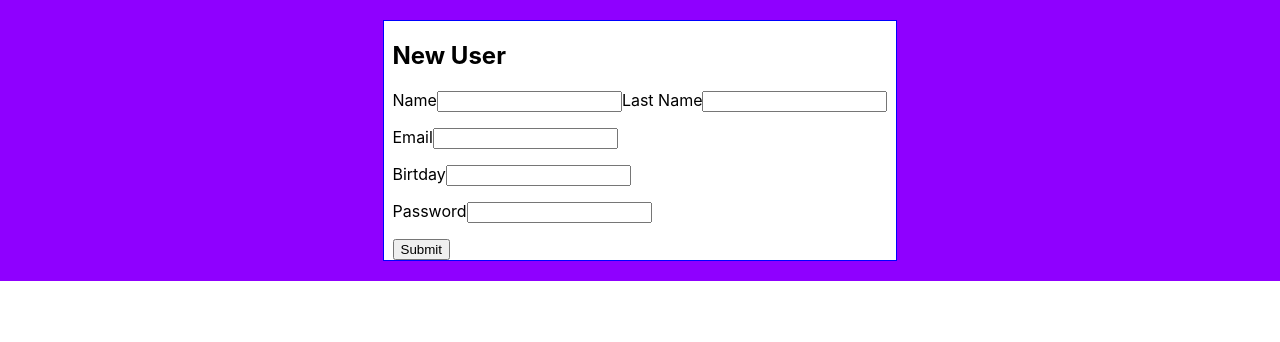
Repository: RobertAries28/CrudUsuarios
Page: /
The author's editor kept a copy of each file at every save. The page is drawn from the files as they stood at one save, then again after the next save.
The browser window is 1280 px wide. The pictures show the whole page.
The page's requests for data from a server got no answer. The project was rebuilt for these pictures with package versions that can differ from the ones it lists, and the page was loaded fresh each time. No one was signed in, and anything a server would have sent is missing.

Above is the page before, as saved 2022-05-23 19:06:08.

After the next save:
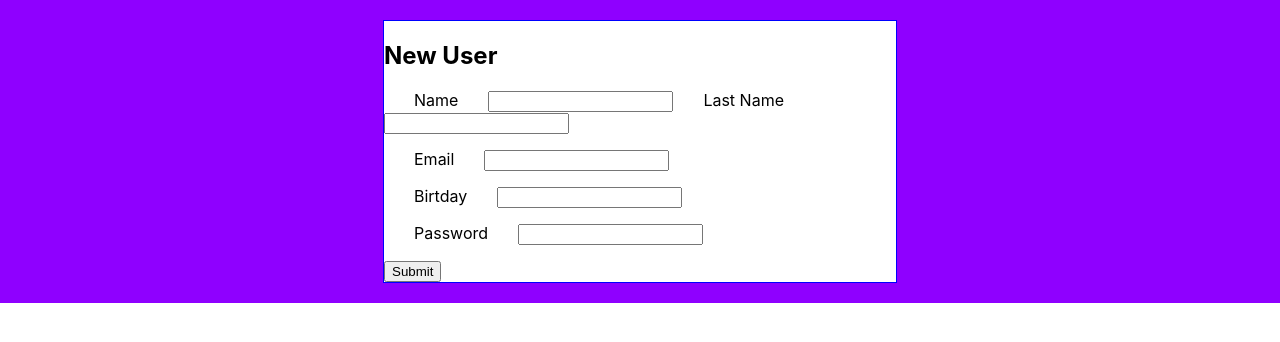
Saved 19 s later.
--- a/src/App.css
+++ b/src/App.css
@@ -37,7 +37,7 @@ ul{
 }
 
 label{
-  height: 20px;
+padding: 30px;
 }
 
 
